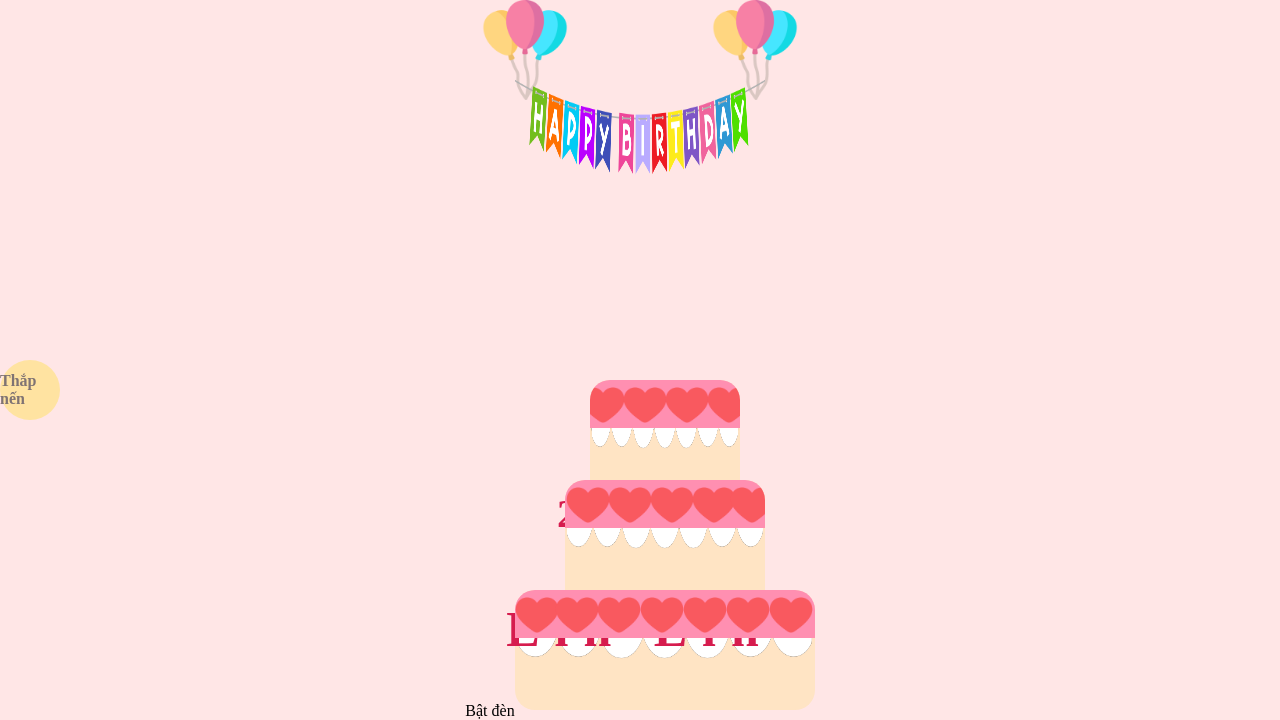
Repository: iphoneboy46/happybirthday
Page: index.html
These files come from the project's save history. The page is drawn as it stood at one moment and after the next save; the edit follows.
The browser window is 1280 px wide. The pictures show the whole page.
Some web fonts or font styles are not loaded; a fallback is used.

Above is the page before, as saved 2022-11-28 21:41:57.

### index.html
<!DOCTYPE html>
<html lang="en">
  <head>
    <meta charset="UTF-8" />
    <meta http-equiv="X-UA-Compatible" content="IE=edge" />
    <meta name="viewport" content="width=device-width, initial-scale=1.0" />
    <title>Happy Birthday</title>
    <link rel="stylesheet" href="style.css" />
  </head>
  <body>
    <div class="container">
      <div class="bg-black">
        <div class="moden">
            Bật đèn
        </div>
      </div>
      <div class="cake">
        <div class="top--cake">
          <div class="img-wavy">
            <img src="image/img1.png" alt="" />
          </div>

          <div class="img-heart-1--top">
            <img src="image/heart.png" alt="" />
          </div>
          <div class="img-heart-2--top">
            <img src="image/heart.png" alt="" />
          </div>
          <div class="img-heart-3--top">
            <img src="image/heart.png" alt="" />
          </div>
          <div class="img-heart-4--top">
            <img src="image/heart.png" alt="" />
          </div>

          <div class="border-cake"></div>
        </div>
        <div class="center--cake">
          <div class="img-wavy">
            <img src="image/img1.png" alt="" />
          </div>
          <div class="img-heart-1--center">
            <img src="image/heart.png" alt="" />
          </div>
          <div class="img-heart-2--center">
            <img src="image/heart.png" alt="" />
          </div>
          <div class="img-heart-3--center">
            <img src="image/heart.png" alt="" />
          </div>
          <div class="img-heart-4--center">
            <img src="image/heart.png" alt="" />
          </div>
          <div class="img-heart-5--center">
            <img src="image/heart.png" alt="" />
          </div>
          <div class="img-heart-6--center">
            <img src="image/heart.png" alt="" />
          </div>
          <div class="img-heart-7--center">
            <img src="image/heart.png" alt="" />
          </div>

          <div class="border-cake"></div>
        </div>
        <div class="bottom--cake">
          <div class="img-wavy">
            <img src="image/img1.png" alt="" />
          </div>

          <div class="img-heart-1">
            <img src="image/heart.png" alt="" />
          </div>
          <div class="img-heart-2">
            <img src="image/heart.png" alt="" />
          </div>
          <div class="img-heart-3">
            <img src="image/heart.png" alt="" />
          </div>
          <div class="img-heart-4">
            <img src="image/heart.png" alt="" />
          </div>
          <div class="img-heart-5">
            <img src="image/heart.png" alt="" />
          </div>
          <div class="img-heart-6">
            <img src="image/heart.png" alt="" />
          </div>
          <div class="img-heart-7">
            <img src="image/heart.png" alt="" />
          </div>
          <div class="img-heart-8">
            <img src="image/heart.png" alt="" />
          </div>

          <div class="border-cake"></div>
        </div>
        <div class="fire2">
          <img src="music/luanen.gif" alt="" />
        </div>
        <div class="fire4">
          <img src="music/luanen.gif" alt="" />
        </div>
        <div class="number2">
          <img src="image/number2png.png" alt="" />
        </div>
        <div class="number4">
          <img src="image/number4.png" alt="" />
        </div>
      </div>
      <h1 class="name">Lin Lin</h1>
      <h2 class="day">29-11</h2>
      <audio class="audioHpbd" controls autoplay>
        <source src="music/Happy Birthday -Piano Cover.mp3" type="audio/mpeg" />
      </audio>
      <div class="hpbd">
        <div class="text-hbbd">
          <img src="image/hbbdpng.png" alt="" />
        </div>
        <div class="bongbong1">
          <img src="image/balloon.png" alt="" />
        </div>
        <div class="bongbong2">
          <img src="image/balloon.png" alt="" />
        </div>
      </div>
      <div class="btnThapnen">Thắp nến</div>
      <div class="btnThoinen">Thổi nến</div>
    </div>
    <script src="index.js"></script>
  </body>
</html>

### style.css
@import url('https://fonts.googleapis.com/css2?family=Fleur+De+Leah&display=swap');

* {
    padding: 0;
    margin: 0;
    box-sizing: border-box;
    font-family: 'Fleur De Leah', cursive;

}

body {
    overflow: hidden;
}

.container {
    width: 100%;
    background-color: #FFE6E6;
    /* background-color: black; */
    height: 100vh;
    display: flex;
    justify-content: center;
    align-items: flex-end;

}

.cake {
    display: flex;
    flex-direction: column;
    justify-content: center;
    align-items: center;
    animation: cake-scale linear 1s;
}

@keyframes cake-scale {
    0% {
        transform: scale(0)
    }

    100% {
        transform: scale(1)
    }
}

.top--cake {
    position: relative;
    overflow: hidden;
    width: 150px;
    height: 100px;
    background-color: bisque;
    border-top-left-radius: 20px;
    border-top-right-radius: 20px;
}



.center--cake {
    position: relative;
    overflow: hidden;
    width: 200px;
    height: 110px;
    background-color: bisque;
    border-top-left-radius: 20px;
    border-top-right-radius: 20px;
}


.bottom--cake {
    position: relative;
    overflow: hidden;
    width: 300px;
    height: 120px;
    background-color: bisque;
    border-radius: 20px;
    margin-bottom: 10px;
}



.img-wavy {
    width: 100%;
    height: 70px;
}

.img-wavy img {
    width: 100%;
    height: 100%;
}

.img-heart-1 {
    z-index: 3;
    position: absolute;
    top: 0px;
    left: -3px;
    width: 50px;
    height: 50px;
}


.img-heart-1 img {
    width: 100%;
    height: 100%;
}

.img-heart-2 {
    z-index: 3;
    position: absolute;
    top: 0px;
    left: 37px;
    width: 50px;
    height: 50px;
}


.img-heart-2 img {
    width: 100%;
    height: 100%;
}


.img-heart-3 {
    z-index: 3;
    position: absolute;
    top: 0px;
    left: 79px;
    width: 50px;
    height: 50px;
}


.img-heart-3 img {
    width: 100%;
    height: 100%;
}

.img-heart-4 {
    z-index: 3;
    position: absolute;
    top: 0px;
    left: 122px;
    width: 50px;
    height: 50px;
}


.img-heart-4 img {
    width: 100%;
    height: 100%;
}

.img-heart-5 {
    z-index: 3;
    position: absolute;
    top: 0px;
    left: 165px;
    width: 50px;
    height: 50px;
}


.img-heart-5 img {
    width: 100%;
    height: 100%;
}

.img-heart-6 {
    z-index: 3;
    position: absolute;
    top: 0px;
    left: 208px;
    width: 50px;
    height: 50px;
}


.img-heart-6 img {
    width: 100%;
    height: 100%;
}

.img-heart-7 {
    z-index: 3;
    position: absolute;
    top: 0px;
    left: 251px;
    width: 50px;
    height: 50px;
}


.img-heart-7 img {
    width: 100%;
    height: 100%;
}



.border-cake {
    z-index: 2;
    position: absolute;
    top: 0;
    width: 100%;
    height: 48px;
    background-color: #FF8FB1;
}


.img-heart-1--center {
    z-index: 3;
    position: absolute;
    top: 0px;
    left: -2px;
    width: 50px;
    height: 50px;
}


.img-heart-1--center img {
    width: 100%;
    height: 100%;
}

.img-heart-2--center {
    z-index: 3;
    position: absolute;
    top: 0px;
    left: 40px;
    width: 50px;
    height: 50px;
}


.img-heart-2--center img {
    width: 100%;
    height: 100%;
}


.img-heart-3--center {
    z-index: 3;
    position: absolute;
    top: 0px;
    left: 82px;
    width: 50px;
    height: 50px;
}


.img-heart-3--center img {
    width: 100%;
    height: 100%;
}

.img-heart-4--center {
    z-index: 3;
    position: absolute;
    top: 0px;
    left: 124px;
    width: 50px;
    height: 50px;
}


.img-heart-4--center img {
    width: 100%;
    height: 100%;
}

.img-heart-5--center {
    z-index: 3;
    position: absolute;
    top: 0px;
    left: 260px;
    width: 50px;
    height: 50px;
}


.img-heart-5--center img {
    width: 100%;
    height: 100%;
}

.img-heart-6--center {
    z-index: 3;
    position: absolute;
    top: 0px;
    left: 330px;
    width: 50px;
    height: 50px;
}


.img-heart-6--center img {
    width: 100%;
    height: 100%;
}

.img-heart-7--center {
    z-index: 3;
    position: absolute;
    top: 0px;
    left: 162px;
    width: 50px;
    height: 50px;
}


.img-heart-7--center img {
    width: 100%;
    height: 100%;
}



.img-heart-1--top {
    z-index: 3;
    position: absolute;
    top: 0px;
    left: -12px;
    width: 50px;
    height: 50px;
}


.img-heart-1--top img {
    width: 100%;
    height: 100%;
}

.img-heart-2--top {
    z-index: 3;
    position: absolute;
    top: 0px;
    left: 30px;
    width: 50px;
    height: 50px;
}


.img-heart-2--top img {
    width: 100%;
    height: 100%;
}


.img-heart-3--top {
    z-index: 3;
    position: absolute;
    top: 0px;
    left: 72px;
    width: 50px;
    height: 50px;
}


.img-heart-3--top img {
    width: 100%;
    height: 100%;
}

.img-heart-4--top {
    z-index: 3;
    position: absolute;
    top: 0px;
    left: 114px;
    width: 50px;
    height: 50px;
}


.img-heart-4--top img {
    width: 100%;
    height: 100%;
}

.number2 {
    position: absolute;
    width: 60px;
    height: 92px;
    top: 242px;
    left: 40%;
    transform: translateX(-50%);
    animation: num linear 10s
}


.number2 img {
    width: 100%;
    height: 100%;
}

.number4 {
    position: absolute;
    width: 100px;
    height: 100px;
    top: 242px;
    left: 59%;
    transform: translateX(-50%);
    animation: num linear 10s
}

@keyframes num {
    0% {
        top: -500%;
        opacity: 0;
    }

    100% {
        top: 242px;
        opacity: 1;
    }
}

.number4 img {
    width: 100%;
    height: 100%;
}


.hpbd {
    top: 0px;
    position: absolute;
    animation: topText linear 5s;
}

@keyframes topText {
    0% {
        top: 1000px;
    }

    100% {
        top: 0px;
    }
}


.text-hbbd {
    transform: translateX(-50%);
    position: absolute;
    top: 80px;
    left: 50%;
    width: 250px;
    height: 100px;
    z-index: 10;

}



.text-hbbd img {
    width: 100%;
    height: 100%;
}

.bongbong1 {
    position: absolute;
    width: 100px;
    height: 100px;
    left: 65px;
    top: 0px;

    animation: dungdua1 linear 5s infinite;
}

@keyframes dungdua1 {
    0% {
        transform: rotate(0deg)
    }


    50% {
        transform: rotate(10deg)
    }

    100% {
        transform: rotate(0deg)
    }
}



.bongbong1 img {
    width: 100%;
    height: 100%;
}


.bongbong2 {
    position: absolute;
    width: 100px;
    height: 100px;
    right: 65px;
    top: 0px;
    animation: dungdua2 linear 5s infinite;
    animation-delay: 15s;
}

@keyframes dungdua2 {
    0% {
        transform: rotate(0deg)
    }


    50% {
        transform: rotate(-10deg)
    }

    100% {
        transform: rotate(0deg)
    }
}

.bongbong2 img {
    width: 100%;
    height: 100%;
}

.audioHpbd {
    display: none;
}

.name {
    text-align: center;
    top: 600px;
    position: absolute;
    font-size: 50px;
    letter-spacing: 15px;
    color: #D61C4E;
    animation: cake-scale linear 5s;

}


.day {
    text-align: center;
    top: 490px;
    position: absolute;
    font-size: 40px;
    letter-spacing: 15px;
    color: #D61C4E;
    animation: cake-scale linear 5s;

}


.fire2 {
    display: none;
    position: absolute;
    top: 205px;
    left: 135px;
    width: 50px;
    height: 50px;
}

.fire2 img {
    width: 100%;
    height: 100%;
}


.fire4 {
    display: none;
    position: absolute;
    top: 205px;
    right: 128px;
    width: 50px;
    height: 50px;
}

.fire4 img {
    width: 100%;
    height: 100%;
}

.btnThapnen {
    display: flex;
    justify-content: center;
    align-items: center;
    flex-direction: column;
    border-radius: 50%;
    width: 60px;
    height: 60px;
    position: absolute;
    font-weight: bolder;
    top: 50%;
    left: 0;
    user-select: none;
    background-color: #FFE15D;
    animation: thapNen linear 10s;

    opacity: 1;

}

@keyframes thapNen {
    0%{
        opacity: 0;
    }
    100%{
        opacity: 1;
    }
}


.btnThoinen {
    display: flex;
    justify-content: center;
    align-items: center;
    flex-direction: column;
    border-radius: 50%;
    width: 60px;
    height: 60px;
    position: absolute;
    font-weight: bolder;
    top: 50%;
    right:0;
    user-select: none;
    background-color: #FFE15D;
    display: none;
}

### index.js
const btnThapnen = document.querySelector(".btnThapnen");
const btnThoinen = document.querySelector(".btnThoinen");

const con = document.querySelector(".container");
const fire2 = document.querySelector(".fire2");
const fire4 = document.querySelector(".fire4");


btnThapnen.onclick = () => {
    btnThoinen.style.display = "flex";
    btnThapnen.style.display ="none"
    con.style.backgroundColor = "black";
    fire2.style.display = "block";
    fire4.style.display = "block";

};


btnThoinen.onclick = () => {
    btnThoinen.style.display = "none";
    btnThapnen.style.display ="flex"
    con.style.backgroundColor = "#FFE6E6";
    fire2.style.display = "none";
    fire4.style.display = "none";
};

After the next save:
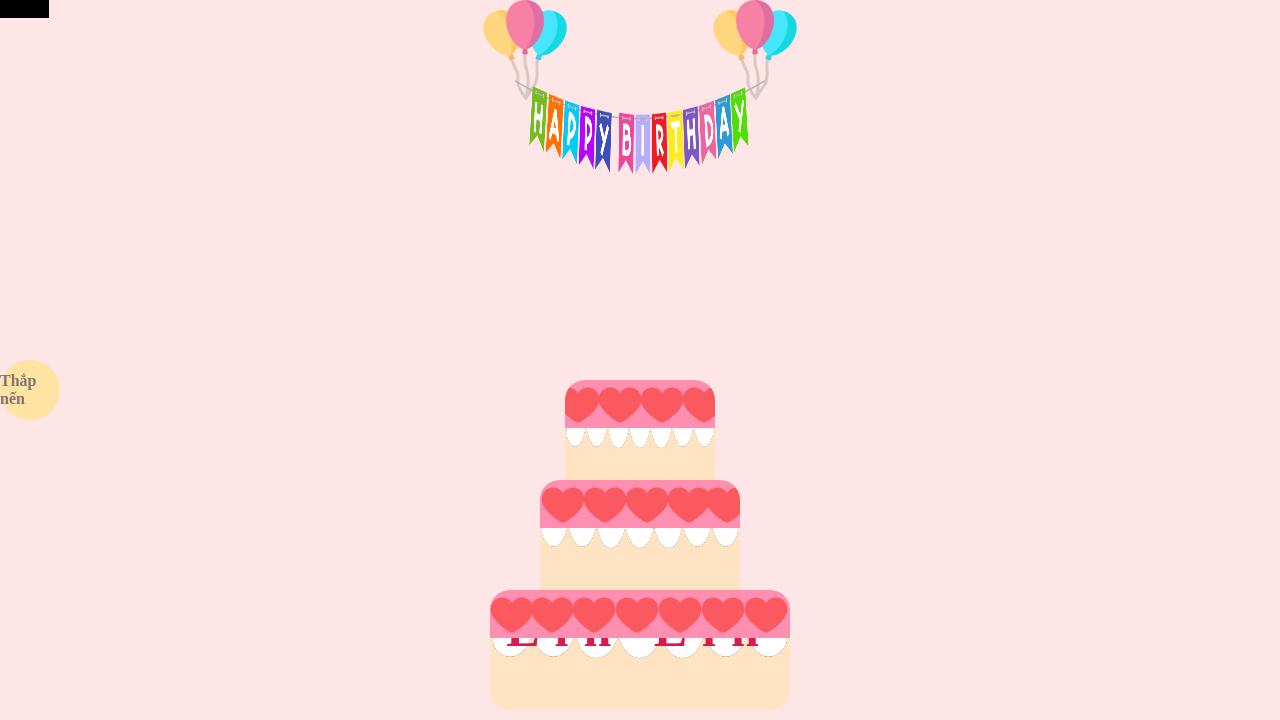
Saved 2 min 4 s later.
--- a/style.css
+++ b/style.css
@@ -618,3 +618,10 @@ body {
     background-color: #FFE15D;
     display: none;
 }
+
+.moden{
+    position:fixed;
+    top: 0;
+    left: 0;
+    background-color:black;
+}
